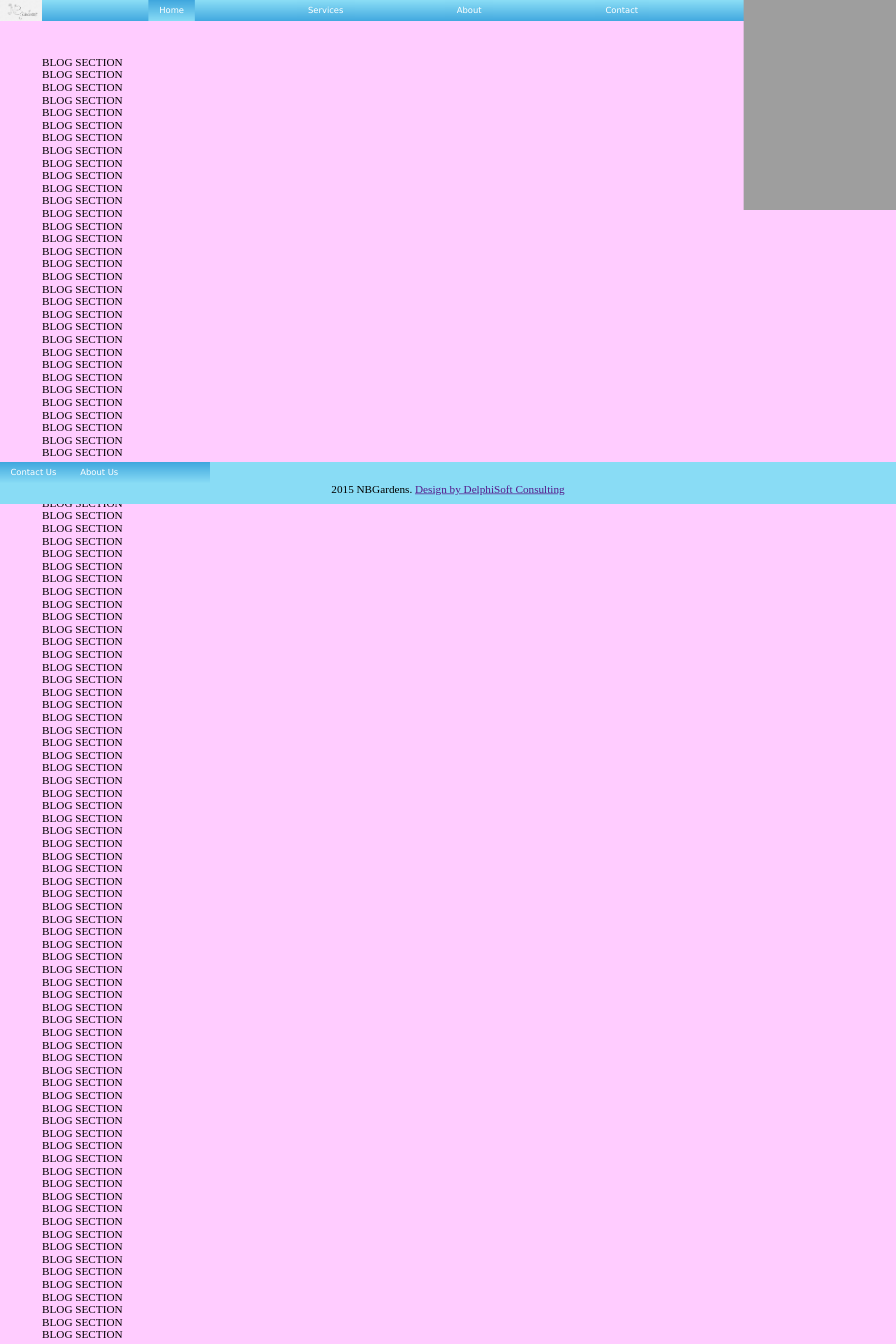
Repository: GAndrews13/BlueGardens
Page: BlueGardensEESystem/src/main/webapp/templates/template.html
These files come from the project's save history. The page is drawn as it stood at one moment and after the next save; the edit follows.
The browser window is 1280 px wide. The pictures show the part of the page from y = 0 to 1920 px (the page is 2912 px tall before and 2852 px after), at 70% of full size.
Pictures or frames that could not be fetched are drawn as grey boxes.

Above is the page before, as saved 2015-07-21 14:14:31.

### BlueGardensEESystem/src/main/webapp/templates/template.html
<!-- Author: GAndrews-->

<!DOCTYPE html>
<html 	xmlns="http://www.w3.org/1999/xhtml"
		xmlns:ui="http://java.sun.com/jsf/facelets"
		xmlns:h="http://java.sun.com/jsf/html">
<header>
	<!--<link rel="stylesheet" type="text/css" href="layout.css">-->
	<meta charset="ISO-8859-1">
	<link rel="stylesheet" type="text/css" href="../style.css">
	<title><ui:insert name = "pagetitle"/></title>
</header>
<body>
	<div class="site-header">
		<h1 id="logo">
			<a href = ""><!--LOGO ADD--></a>
		</h1>
		<div id="navigation">
			<ul class="menu">
			  	<li> <img src="../images/NB-Gardens.png" width=60px height=30px/> </li>
			  	<li><a href="/home" class="active"><span>Home</span></a></li>
			  	<li><a href="/services"><span>Services</span></a></li>
			  	<li><a href="/about"><span>About</span></a></li>
			  	<li><a href="/contact"><span>Contact</span></a></li>
			  	<li>
			  		<form target="paypal" action="https://www.paypal.com/cgi-bin/webscr" method="post">
	   					<input type="hidden" name="business" value="garethedwardfrankandrews@hotmail.com"/>
		    					<input type="hidden" name="cmd" value="_cart"/>
	    				<input type="hidden" name="display" value="1"/>
	   					<input type="image" name="submit" border="0" src="https://www.paypalobjects.com/en_US/i/btn/btn_viewcart_LG.gif" alt="PayPal - The safer, easier way to pay online"/>
	   					<img alt="" border="0" width="1" height="1"     src="https://www.paypalobjects.com/en_US/i/scr/pixel.gif" />
					</form>
				</li>
			</ul>
		</div>
	</div>

	<div class="page-wrap">
		<div id="contentHeader">
			<ui:insert name="sectiontitle"/>
		</div>
		<div class="content">

			<ui:insert name="body"/>
		</div>
		<div id="sidebarRight">
				BLOG SECTION
				<br>
				BLOG SECTION
				<br>
				BLOG SECTION
				<br>
				BLOG SECTION
				<br>
				BLOG SECTION
				<br>
				BLOG SECTION
				<br>
				BLOG SECTION
				<br>
				BLOG SECTION
				<br>
				BLOG SECTION
				<br>
				BLOG SECTION
				<br>
				BLOG SECTION
				<br>
				BLOG SECTION
				<br>
				BLOG SECTION
				<br>
				BLOG SECTION
				<br>
				BLOG SECTION
				<br>
				BLOG SECTION
				<br>
				BLOG SECTION
				<br>
				BLOG SECTION
				<br>
				BLOG SECTION
				<br>
				BLOG SECTION
				<br>
				BLOG SECTION
				<br>
				BLOG SECTION
				<br>
				BLOG SECTION
				<br>
				BLOG SECTION
				<br>
				BLOG SECTION
				<br>
				BLOG SECTION
				<br>
				BLOG SECTION
				<br>
				BLOG SECTION
				<br>
				BLOG SECTION
				<br>
				BLOG SECTION
				<br>
				BLOG SECTION
				<br>
				BLOG SECTION
				<br>
				BLOG SECTION
				<br>
				BLOG SECTION
				<br>
				BLOG SECTION
				<br>
				BLOG SECTION
				<br>
				BLOG SECTION
				<br>
				BLOG SECTION
				<br>
				BLOG SECTION
				<br>
				BLOG SECTION
				<br>
				BLOG SECTION
				<br>
				BLOG SECTION
				<br>
				BLOG SECTION
				<br>
				BLOG SECTION
				<br>
				BLOG SECTION
				<br>
				BLOG SECTION
				<br>
				BLOG SECTION
				<br>
				BLOG SECTION
				<br>
				BLOG SECTION
				<br>
				BLOG SECTION
				<br>
				BLOG SECTION
				<br>
				BLOG SECTION
				<br>
				BLOG SECTION
				<br>
				BLOG SECTION
				<br>
				BLOG SECTION
				<br>
				BLOG SECTION
				<br>
				BLOG SECTION
				<br>
				BLOG SECTION
				<br>
				BLOG SECTION
				<br>
				BLOG SECTION
				<br>
				BLOG SECTION
				<br>
				BLOG SECTION
				<br>
				BLOG SECTION
				<br>
				BLOG SECTION
				<br>
				BLOG SECTION
				<br>
				BLOG SECTION
				<br>
				BLOG SECTION
				<br>
				BLOG SECTION
				<br>
				BLOG SECTION
				<br>
				BLOG SECTION
				<br>
				BLOG SECTION
				<br>
				BLOG SECTION
				<br>
				BLOG SECTION
				<br>
				BLOG SECTION
				<br>
				BLOG SECTION
				<br>
				BLOG SECTION
				<br>
				BLOG SECTION
				<br>
				BLOG SECTION
				<br>
				BLOG SECTION
				<br>
				BLOG SECTION
				<br>
				BLOG SECTION
				<br>
				BLOG SECTION
				<br>
				BLOG SECTION
				<br>
				BLOG SECTION
				<br>
				BLOG SECTION
				<br>
				BLOG SECTION
				<br>
				BLOG SECTION
				<br>
				BLOG SECTION
				<br>
				BLOG SECTION
				<br>
				BLOG SECTION
				<br>
				BLOG SECTION
				<br>
				BLOG SECTION
				<br>
				BLOG SECTION
				<br>
				BLOG SECTION
				<br>
				BLOG SECTION
				<br>
				BLOG SECTION
				<br>
				BLOG SECTION
				<br>
				BLOG SECTION
				<br>
				BLOG SECTION
				<br>
				BLOG SECTION
				<br>
				BLOG SECTION
				<br>
				BLOG SECTION
				<br>
				BLOG SECTION
				<br>
				BLOG SECTION
				<br>
				BLOG SECTION
				<br>
				BLOG SECTION
				<br>
				BLOG SECTION
				<br>
				BLOG SECTION
				<br>
				BLOG SECTION
				<br>
				BLOG SECTION
				<br>
				BLOG SECTION
				<br>
				BLOG SECTION
				<br>
				BLOG SECTION
				<br>
				BLOG SECTION
				<br>
				BLOG SECTION
				<br>
				BLOG SECTION
				<br>
				BLOG SECTION
				<br>
				BLOG SECTION
				<br>
				BLOG SECTION
				<br>
				BLOG SECTION
				<br>
				BLOG SECTION
				<br>
				BLOG SECTION
				<br>
				BLOG SECTION
				<br>
				BLOG SECTION
				<br>
				BLOG SECTION
				<br>
				BLOG SECTION
				<br>
				BLOG SECTION
				<br>
				BLOG SECTION
				<br>
				BLOG SECTION
				<br>
				BLOG SECTION
				<br>
				BLOG SECTION
				<br>
				BLOG SECTION
				<br>
				BLOG SECTION
				<br>
				BLOG SECTION
				<br>
				BLOG SECTION
				<br>
				BLOG SECTION
				<br>
				BLOG SECTION
				<br>
				BLOG SECTION
				<br>
				BLOG SECTION
				<br>
				BLOG SECTION
				<br>
				BLOG SECTION
				<br>
				BLOG SECTION
				<br>
				BLOG SECTION
				<br>
				BLOG SECTION
				<br>
				BLOG SECTION
				<br>
				BLOG SECTION
				<br>
				BLOG SECTION
				<br>
				BLOG SECTION
				<br>
				BLOG SECTION
				<br>
				BLOG SECTION
				<br>
				BLOG SECTION
				<br>
				BLOG SECTION
				<br>
				BLOG SECTION
				<br>
				BLOG SECTION
				<br>
			</div>
	</div>

	<footer class="site-footer">
	  <div>
			<div>
				<ul class="bottommenu">
				  <li><a href="/home" class="active"><span>Contact Us</span></a></li>
				  <li><a href="/services"><span>About Us</span></a></li>
				</ul>
			</div>
		</div>
		<div class="center">
			2015 NBGardens.
			<a href="">Design by DelphiSoft Consulting</a>
		</div>
	</footer>
</body>
</html>

### BlueGardensEESystem/src/main/webapp/style.css
<!--
/* Generated via www.cssmenubuilder.com */

.menu{margin:0 auto; padding:0; height:30px; width:100%; display:block; background:url('topMenuImages.png') repeat-x;}
.menu li{padding:0; margin:0; list-style:none; display:inline; width:16.6%;float:left;}
.menu li a{float:left; padding-left:15px; display:block; color:rgb(255,255,255); text-decoration:none; font:12px Verdana, Arial, Helvetica, sans-serif; cursor:pointer; background:url('topMenuImages.png') 0px -30px no-repeat;}
.menu li a span{line-height:30px; float:left; display:block; padding-right:15px; background:url('topMenuImages.png') 100% -30px no-repeat;}
.menu li a:hover{background-position:0px -60px; color:rgb(255,255,255);}
.menu li a:hover span{background-position:100% -60px;}
.menu li a.active, .menu li a.active:hover{line-height:30px; font:12px Verdana, Arial, Helvetica, sans-serif; background:url('topMenuImages.png') 0px -90px no-repeat; color:rgb(255,255,255);}
.menu li a.active span, .menu li a.active:hover span{background:url('topMenuImages.png') 100% -90px no-repeat;}

/* Generated via www.cssmenubuilder.com */

.bottommenu{margin-bottom:875px auto; padding:0; height:30px; width:100%; display:block; background:url('bottomMenuImages.png') repeat-x; magin:0 auto; width:300px;}
.bottommenu li{padding:0; margin:0; list-style:none; display:inline-block;}
.bottommenu li a{float:left; padding-left:15px; display:inline-block; color:rgb(255,255,255); text-decoration:none; font:12px Verdana, Arial, Helvetica, sans-serif; cursor:pointer; background:url('bottomMenuImages.png') 0px -30px no-repeat;}
.bottommenu li a span{line-height:30px; float:left; display:block; padding-right:15px; background:url('bottomMenuImages.png') 100% -30px no-repeat;}
.bottommenu li a:hover{background-position:0px -60px; color:rgb(255,255,255);}
.bottommenu li a:hover span{background-position:100% -60px;}
.bottommenu li a.active, .menu li a.active:hover{line-height:30px; font:12px Verdana, Arial, Helvetica, sans-serif; background:url('bottomMenuImages.png') 0px -90px no-repeat; color:rgb(255,255,255);}
.bottommenu li a.active span, .menu li a.active:hover span{background:url('bottomMenuImages.png') 100% -90px no-repeat;}

.products {height: 350px; width: 200px; background-color: black; position: absolute;}
.product-info {border:solid 1px; font: 16px Verdana italic ; background-color: rgb(0 0 0); opacity: 0.4; filter: alpha(opacity = 40); }
.product-desc {border:solid 1px; font: 14px Verdana italic ; background-color: rgb(0 0 0); opacity: 0.4; filter: alpha(opacity = 40); }
#sale{text-transform: uppercase; color: white; text-shadow: 0.5px 0.5px blue; font-family: Comic Sans, Comic Sans MS, cursive;	}
/* PRODUCT CATALOG GRID SYSTEM */
/*  SECTIONS  */
.section {
	clear: both;
	padding: 0px;
	margin: 0px;
}

/*  COLUMN SETUP  */
.col {
	display: block;
	float:left;
	margin: 1% 0 1% 1.6%;
}
.col:first-child { margin-left: 0em; }

/*  GROUPING  */
.group:before,
.group:after { content:""; display:table; }
.group:after { clear:both;}
.group { zoom:1; /* For IE 6/7 */ }

/*  GRID OF FOUR  */
.span_4_of_4 {
	width: 100%;
}
.span_3_of_4 {
	width: 74.6%;
}
.span_2_of_4 {
	width: 49.2%;
}
.span_1_of_4 {
	width: 23.8%;
}

/*  GO FULL WIDTH BELOW 480 PIXELS */
@media only screen and (max-width: 480px) {
	.col {  margin: 1% 0 1% 0%; }
	.span_1_of_4, .span_2_of_4, .span_3_of_4, .span_4_of_4 { width: 100%; }
}

body{
		color: black;
		background-color: #ffccff;
		margin-top: 20px;
		margin-bottom:20px;
		/*margin-left: 150px;*/
		margin-right: 150px;
		white-space: nowrap;
	}

	body2 {
		color: black;
		background-color: #ffccff;
		margin-top: 20px;
		margin-bottom:20px;
		margin-left: 150px;
		margin-right: 300px;
		white-space: nowrap;
	}




/* Sticky Footer code */
	* {
	margin: 0;
	}

	html, body {
    	height: 100%;
	}
	.page-wrap {
	padding: 60px;
	}

	.page-wrap:after {
  		content: "";
  		display: block;
	}

	.site-footer{
		height: 60px;
		background-color: #89dcf5;
		position:fixed;
		bottom:0;
		width: 100%;
	}

	.site-header{
		height: 60px;
		top: 0;
		position: fixed;
		width: 100%;
	}

	.leftStack{
		float:left;
		width:40%;
	}

	.center{
		text-align:center;
	}

	#companytitle{
		text-align:center;

	}

After the next save:
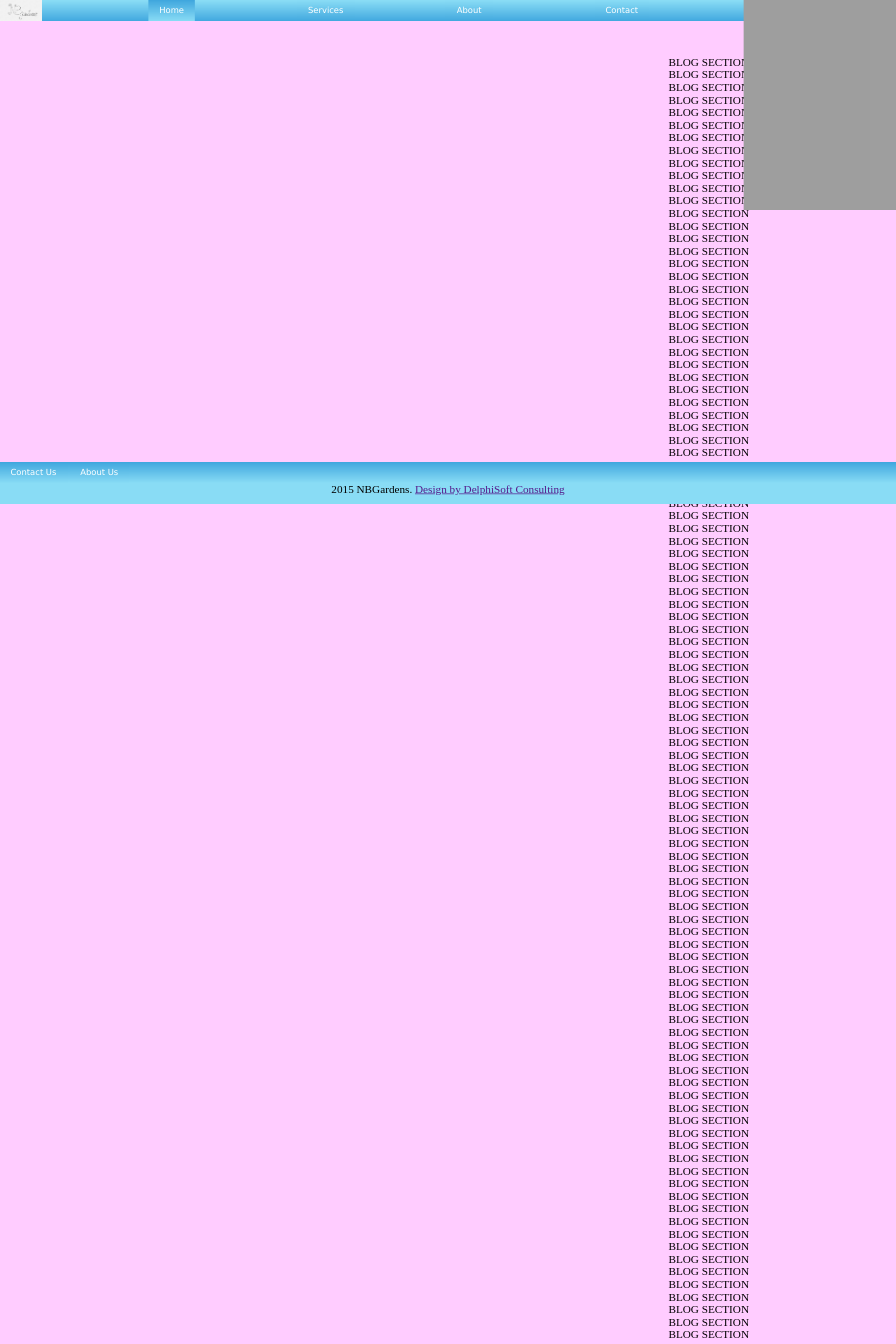
Saved 5 s later.
--- a/BlueGardensEESystem/src/main/webapp/style.css
+++ b/BlueGardensEESystem/src/main/webapp/style.css
@@ -1,4 +1,4 @@
-<!--
+
 /* Generated via www.cssmenubuilder.com */
 
 .menu{margin:0 auto; padding:0; height:30px; width:100%; display:block; background:url('topMenuImages.png') repeat-x;}
@@ -12,7 +12,7 @@
 
 /* Generated via www.cssmenubuilder.com */
 
-.bottommenu{margin-bottom:875px auto; padding:0; height:30px; width:100%; display:block; background:url('bottomMenuImages.png') repeat-x; magin:0 auto; width:300px;}
+.bottommenu{margin-bottom:875px auto; padding:0; height:30px; width:100%; display:block; background:url('bottomMenuImages.png') repeat-x; magin:0 auto; width:100%;}
 .bottommenu li{padding:0; margin:0; list-style:none; display:inline-block;}
 .bottommenu li a{float:left; padding-left:15px; display:inline-block; color:rgb(255,255,255); text-decoration:none; font:12px Verdana, Arial, Helvetica, sans-serif; cursor:pointer; background:url('bottomMenuImages.png') 0px -30px no-repeat;}
 .bottommenu li a span{line-height:30px; float:left; display:block; padding-right:15px; background:url('bottomMenuImages.png') 100% -30px no-repeat;}
@@ -100,6 +100,7 @@ body{
 	}
 	.page-wrap {
 	padding: 60px;
+	padding-bottom: 90px;
 	}
 
 	.page-wrap:after {
@@ -135,3 +136,7 @@ body{
 		text-align:center;
 
 	}
+
+	#sidebarRight{
+		float: right;
+	}
